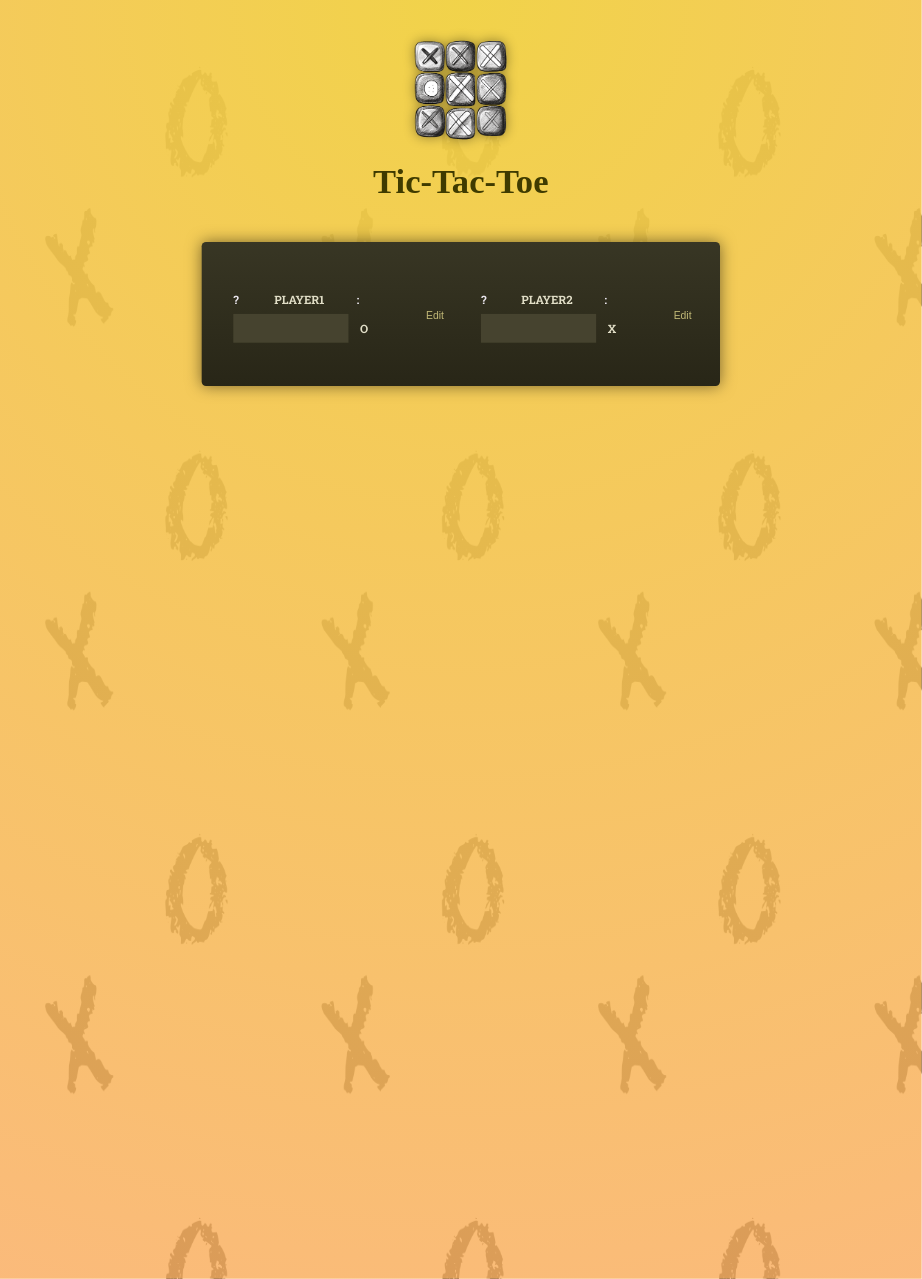
Repository: collyrium921/tic-tac-toe
Page: /
An editor plug-in stored every save of this project. The page is shown before and after the next save, followed by the edit.
The browser window is 1280 px wide. The pictures show the whole page, at 72% of full size.
Some web fonts or font styles are not loaded; a fallback is used. The project was rebuilt for these pictures with package versions that can differ from the ones it lists, and the page was loaded fresh each time. Also part of the build but not shown: vite.config.js.

Above is the page before, as saved 2024-05-23 00:52:16.

### index.html
<!DOCTYPE html>
<html lang="en">
  <head>
    <meta charset="UTF-8" />
    <link rel="icon" type="image/svg+xml" href="/game-logo.png" />
    <meta name="viewport" content="width=device-width, initial-scale=1.0" />
    <title>React Tic-Tac-Toe</title>
  </head>
  <body>
    <header>
      <img src="game-logo.png" alt="tic tac toe">
      <h1>Tic-Tac-Toe</h1>
    </header>
    <div id="root"></div>
    <script type="module" src="/src/index.jsx"></script>
  </body>
</html>

### src/App.jsx
import Player from "./components/Player";

function App() {
  return (
    <main>
      <div id="game-container">
        <ol id="players">
          <Player name="Player1" symbol="O" />
          <Player name="Player2" symbol="X" />
        </ol>
      </div>
    </main>
  );
}

export default App;

### src/components/Player.jsx
import { useState } from "react";
export default function Player({ name, symbol }) {

  const [isEditing, setIsEditing]=  useState(false);

  function handleEditClick(){
    setIsEditing(true)
  }
  return (
    <li>
      <span className="player">
       {isEditing}? <span className="player-name">{name}</span>:<input type="text" required />
        <span className="player-symbol">{symbol}</span>
      </span>
      <button onClick={handleEditClick}>Edit</button>
    </li>
  );
}

Loaded but not shown: src/index.jsx (common file); src/index.css (common file)

After the next save:
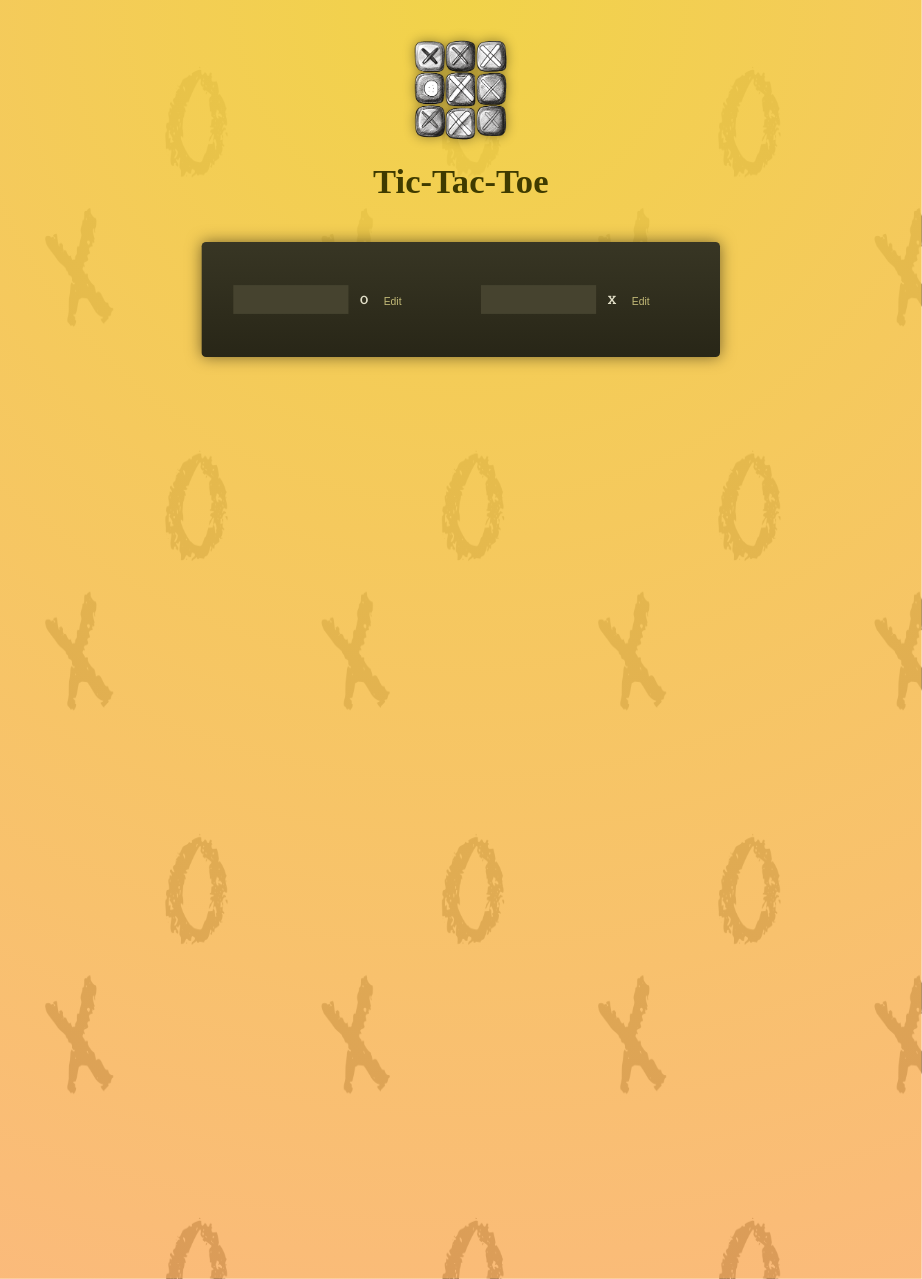
Saved 42 s later.
--- a/src/components/Player.jsx
+++ b/src/components/Player.jsx
@@ -9,7 +9,7 @@ export default function Player({ name, symbol }) {
   return (
     <li>
       <span className="player">
-       {isEditing}? <span className="player-name">{name}</span>:<input type="text" required />
+       {isEditing? <span className="player-name">{name}</span>:<input type="text" required />}
         <span className="player-symbol">{symbol}</span>
       </span>
       <button onClick={handleEditClick}>Edit</button>
